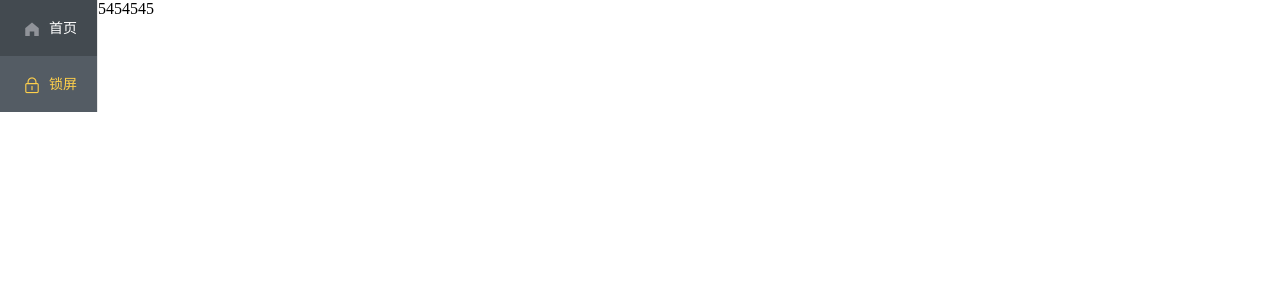
Repository: wujingwenwu/-vue-2.0
Page: /lockScreen
These files come from the project's save history. The page is drawn as it stood at one moment and after the next save; the edit follows.
The browser window is 1280 px wide. The pictures show the whole page.
The project was rebuilt for these pictures with package versions that can differ from the ones it lists, and the page was loaded fresh each time. Also part of the build but not shown: src/views/Home.vue.

Above is the page before, as saved 2020-09-29 10:38:30.

After the next save:
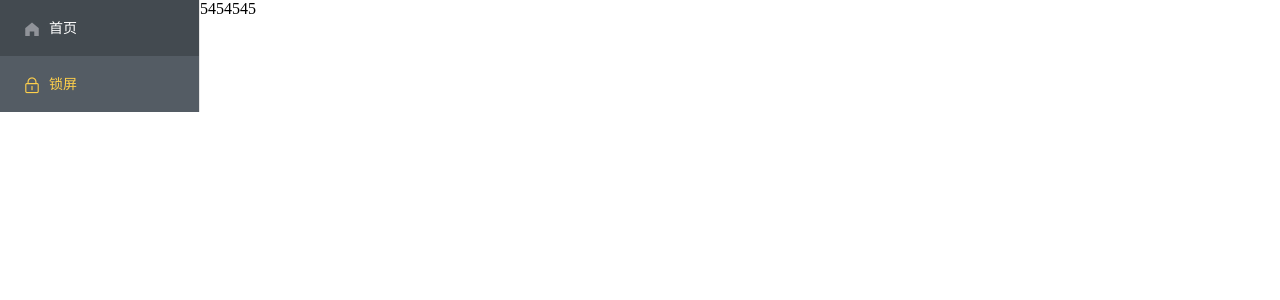
Saved 37 s later.
--- a/src/views/layout/layout.vue
+++ b/src/views/layout/layout.vue
@@ -1,7 +1,7 @@
 <template>
  <div >
   <div class="d-f">
-     <div>
+     <div class="commit">
       <el-menu
       :default-active="$route.path"
       class="el-menu-vertical-demo"
@@ -52,5 +52,7 @@
 </script>
 
 <style scoped lang='scss'>
-
+.commit{
+    width: 200px;
+}
 </style>
